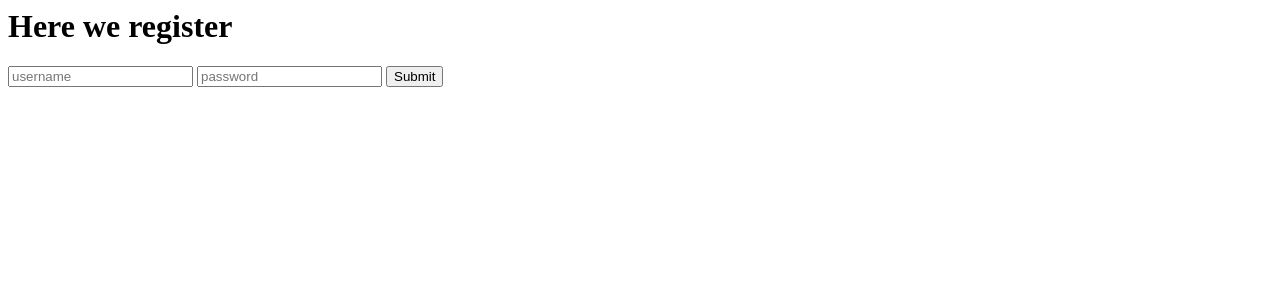
Repository: liamzeng24/YelpCamp
Page: http://localhost/register
The author's editor kept a record of every edit. The page is drawn from the files as they stood at one moment, then again after the next edit.
The browser window is 1280 px wide. The pictures show the whole page.
The page is served by the project's Node server (auth/app.js).

Above is the page before.

After the next edit:
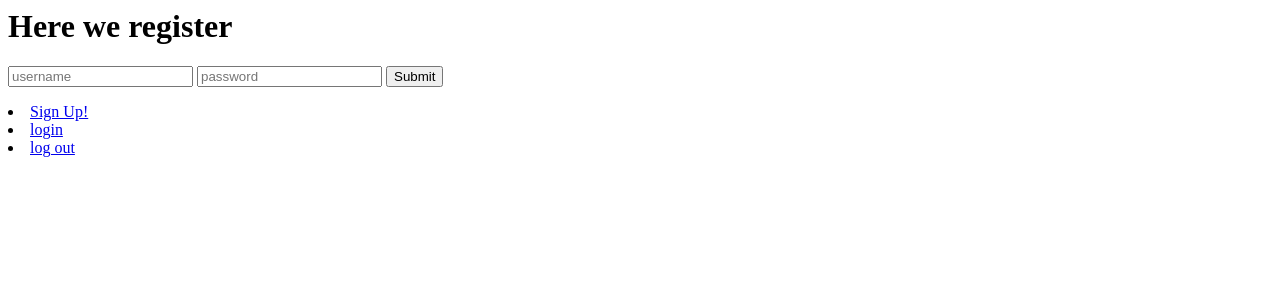
The edit:
--- a/auth/views/register.ejs
+++ b/auth/views/register.ejs
@@ -5,3 +5,12 @@
     <input type="password" placeholder="password" name="password">
     <button>Submit</button>
 </form>
+<li>
+    <a href="/register">Sign Up!</a>
+</li>
+<li>
+    <a href="/login">login</a>
+</li>
+<li>
+    <a href="/logout">log out</a>
+</li>
